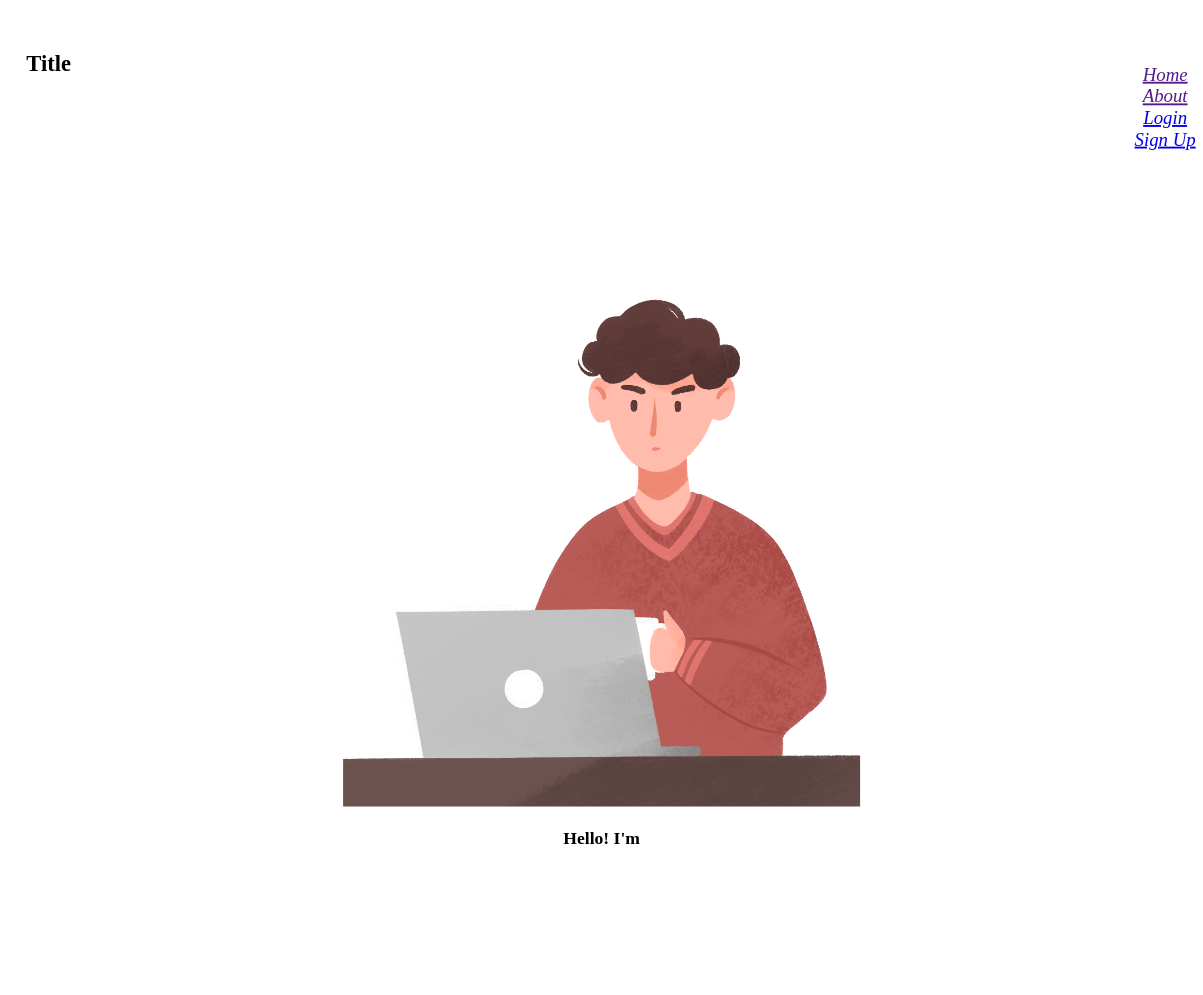
Repository: beruzz/ezen
Page: http://localhost/introduce/
These files come from the project's save history. The page is drawn as it stood at one moment and after the next save; the edit follows.
The browser window is 1280 px wide. The pictures show the whole page, at 94% of full size.
The page is served by Tomcat 9. Other server files are loaded and not shown.

Above is the page before, as saved 2022-12-12 11:33:59.

### JSP_Board&Member/introduce/src/main/webapp/index.jsp
<%@ page language="java" contentType="text/html; charset=UTF-8"
    pageEncoding="UTF-8"%>
<%@ taglib uri = "http://java.sun.com/jsp/jstl/core" prefix="c" %>
<!DOCTYPE html>
<html>
<head>
<meta charset="UTF-8">
<title>Insert title here</title>
<style>
	header {
  		display: flex;
  		justify-content: space-between;
  		align-items: center;
  		list-style: none;
	}
	header > h2 {
		margin-left:20px;
	}
	.one {
    	background-size: cover;
    	text-align: center;
    	padding-top: 180px;
    	padding-bottom: 130px;
	}
	ul {
		list-style: none;
	}
	.menu{
		font-size: 20px;
    	font-style: italic;
    	align-items: center;
    	text-align: center;
    	padding-top: 40px;
    	top: 0;
    	left: 0;
    	right: 0;
    	height: 80px;
    	display: inline;
	}

</style>
</head>
<body>
	<header id="header">
	<h2>Title</h2>
		<nav class="menu">
			<ul>
				<li><a href="">Home</a></li>
				<li><a href="">About</a></li>
				<li><a href="/mc/login">Login</a></li>
				<li><a href="/mc/join">Sign Up</a></li>
			</ul>
		</nav>
	</header>
		<div class="one">
        	<span class="profile"><img src="./images/me.png" width="550px;" height="550px" alt=""></span>
        	<h3><strong>Hello! I'm </strong><br></h3>
      	</div>
</body>
</html>

After the next save:
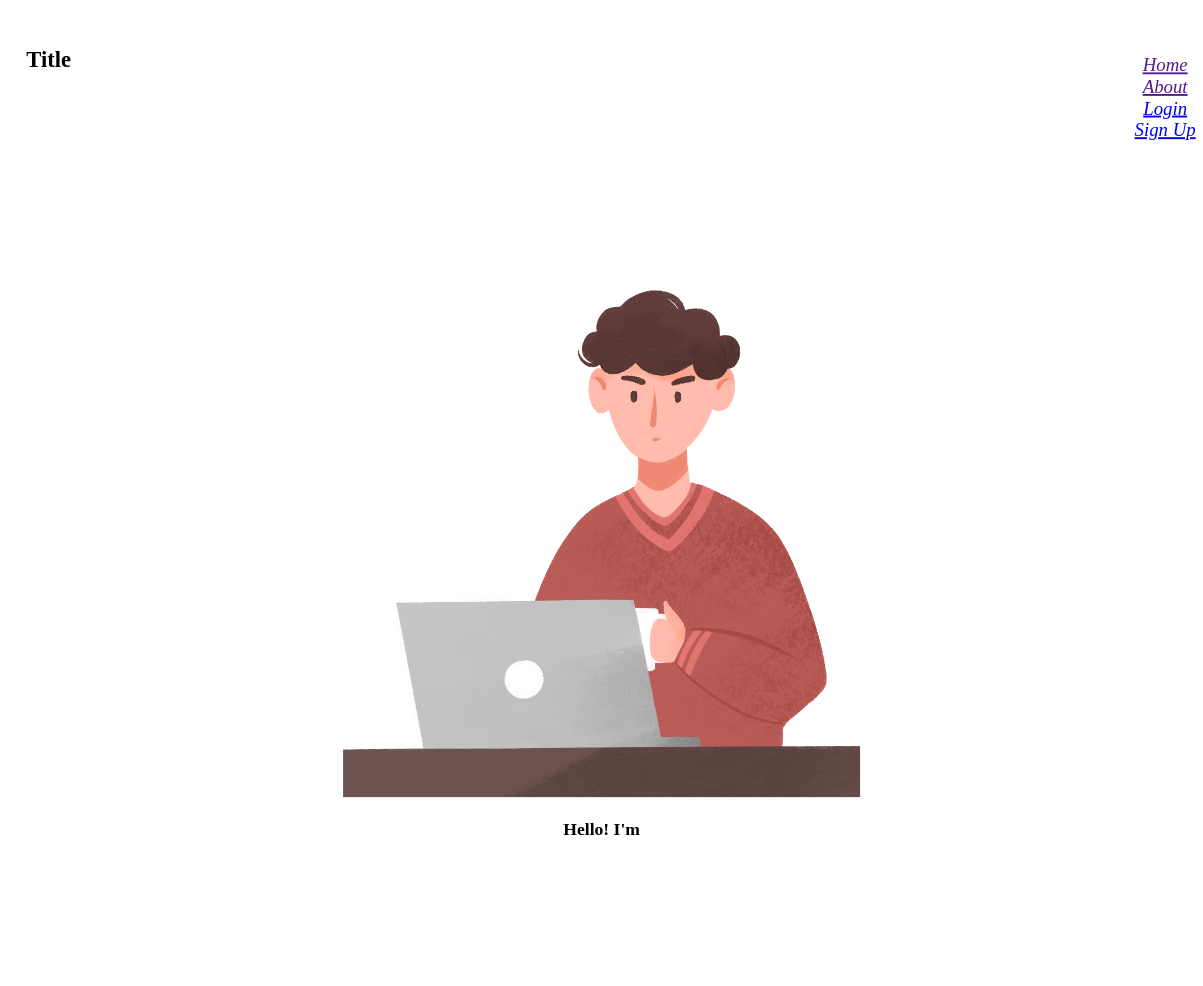
Saved 13 s later.
--- a/JSP_Board&Member/introduce/src/main/webapp/index.jsp
+++ b/JSP_Board&Member/introduce/src/main/webapp/index.jsp
@@ -30,7 +30,7 @@
     	font-style: italic;
     	align-items: center;
     	text-align: center;
-    	padding-top: 40px;
+    	padding-top: 30px;
     	top: 0;
     	left: 0;
     	right: 0;
